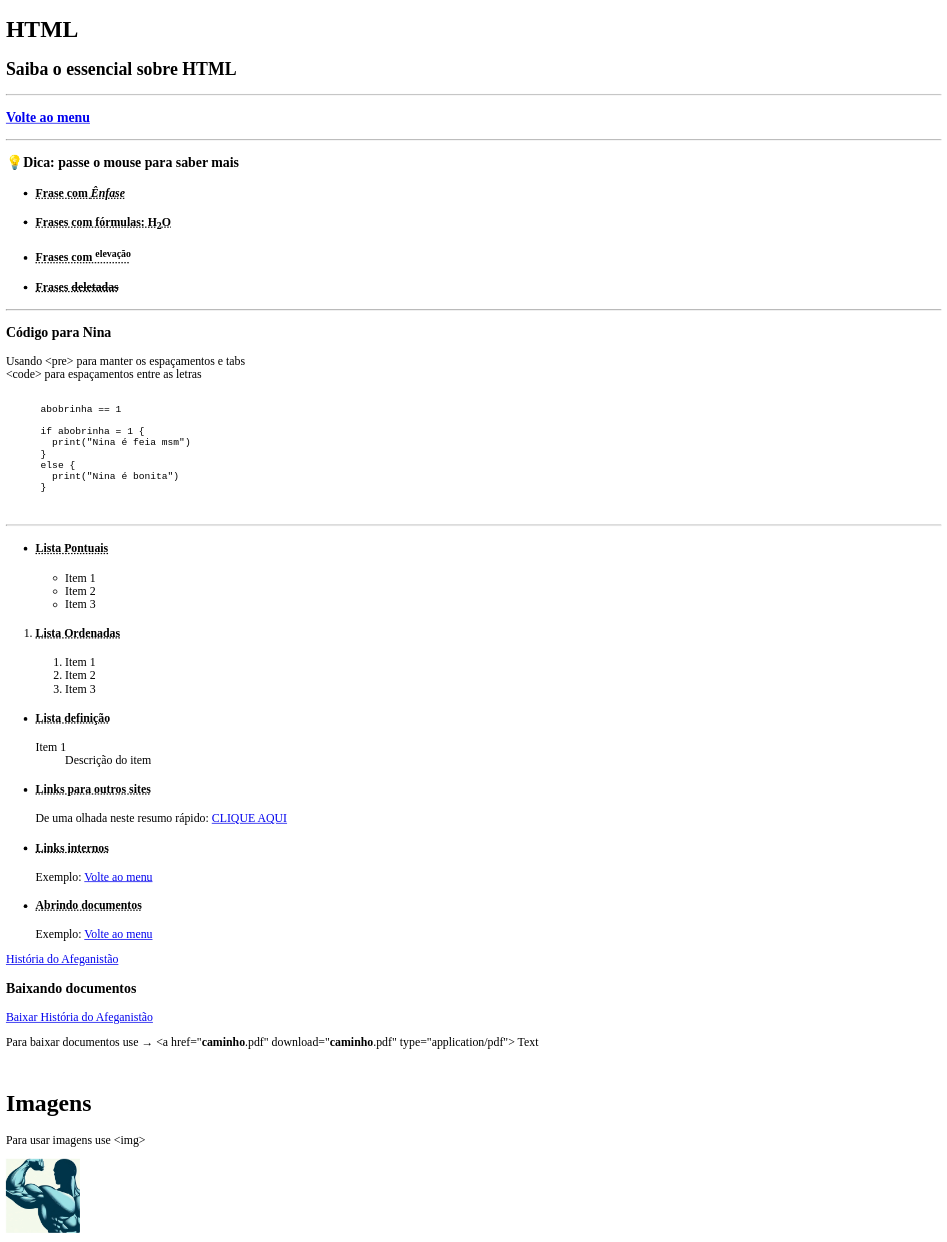
Repository: LuidyOn/Site_Forca_Total
Page: ForçaTotal/sobreHTML.html
The author's editor kept a copy of each file at every save. The page is drawn from the files as they stood at one save, then again after a run of saves.
The browser window is 1280 px wide. The pictures show the whole page, at 74% of full size.

Above is the page before, as saved 2025-05-15 21:03:14.

After the next 2 saves:
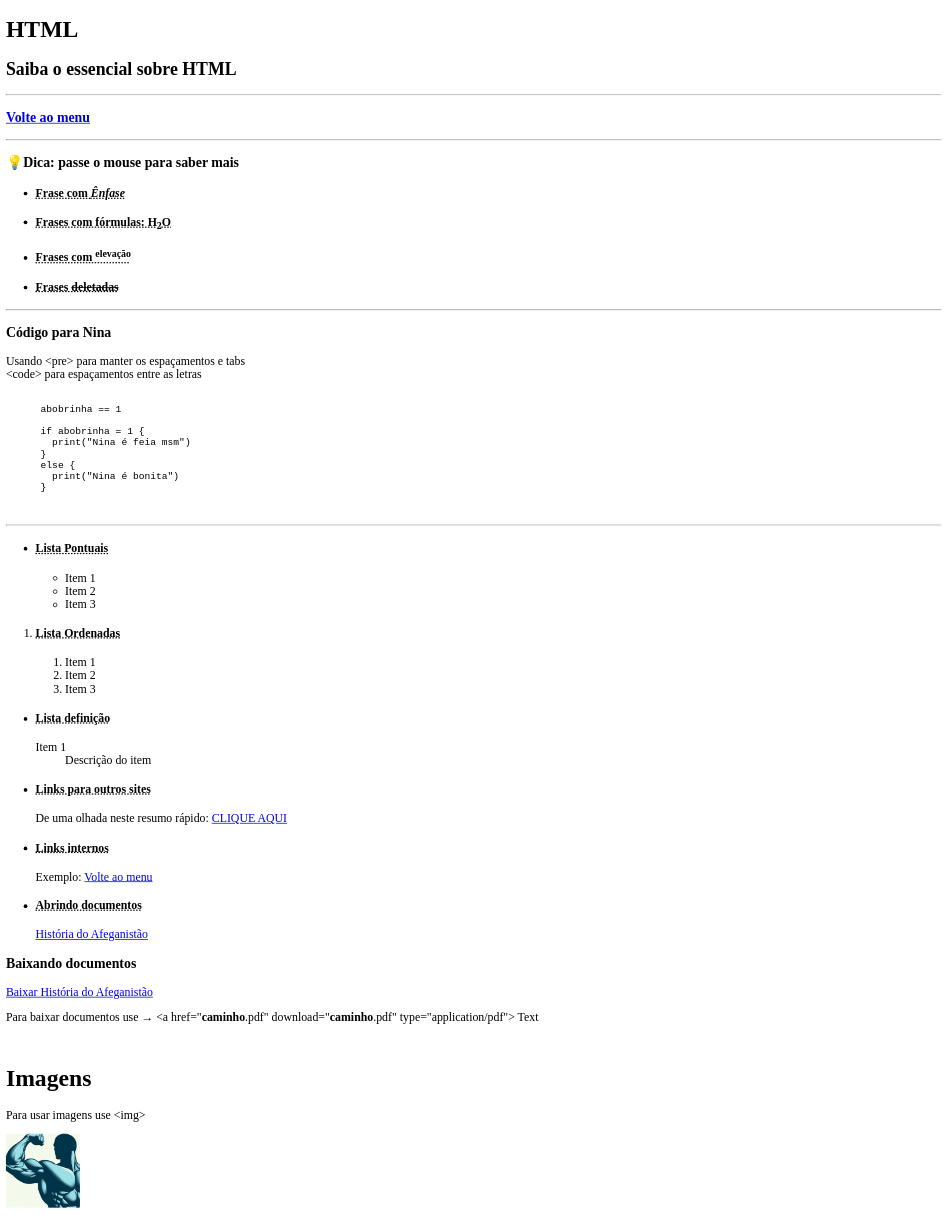
The 2 saves are shown as one change because they came seconds apart.
The last was saved 45 s later.
--- a/ForçaTotal/sobreHTML.html
+++ b/ForçaTotal/sobreHTML.html
@@ -94,13 +94,13 @@
       <ul>
         <li><abbr title="Para abrir documentos use: <a href='caminho.pdf' target='_blank'></a>"> <h4>Abrindo documentos</h4> </abbr>
         </li>
-        <p>Exemplo: <a href="index.html" rel="prev"> Volte ao menu</a></p>
+        <p><a href="Documentos/PDFs/GUERRA DO AFEGANISTÃO.pdf" target="_blank"> História do Afeganistão</a></p>
       </ul>
 
 
 
 
-    <p><a href="Documentos/PDFs/GUERRA DO AFEGANISTÃO.pdf" target="_blank"> História do Afeganistão</a></p>
+
 
 
 
